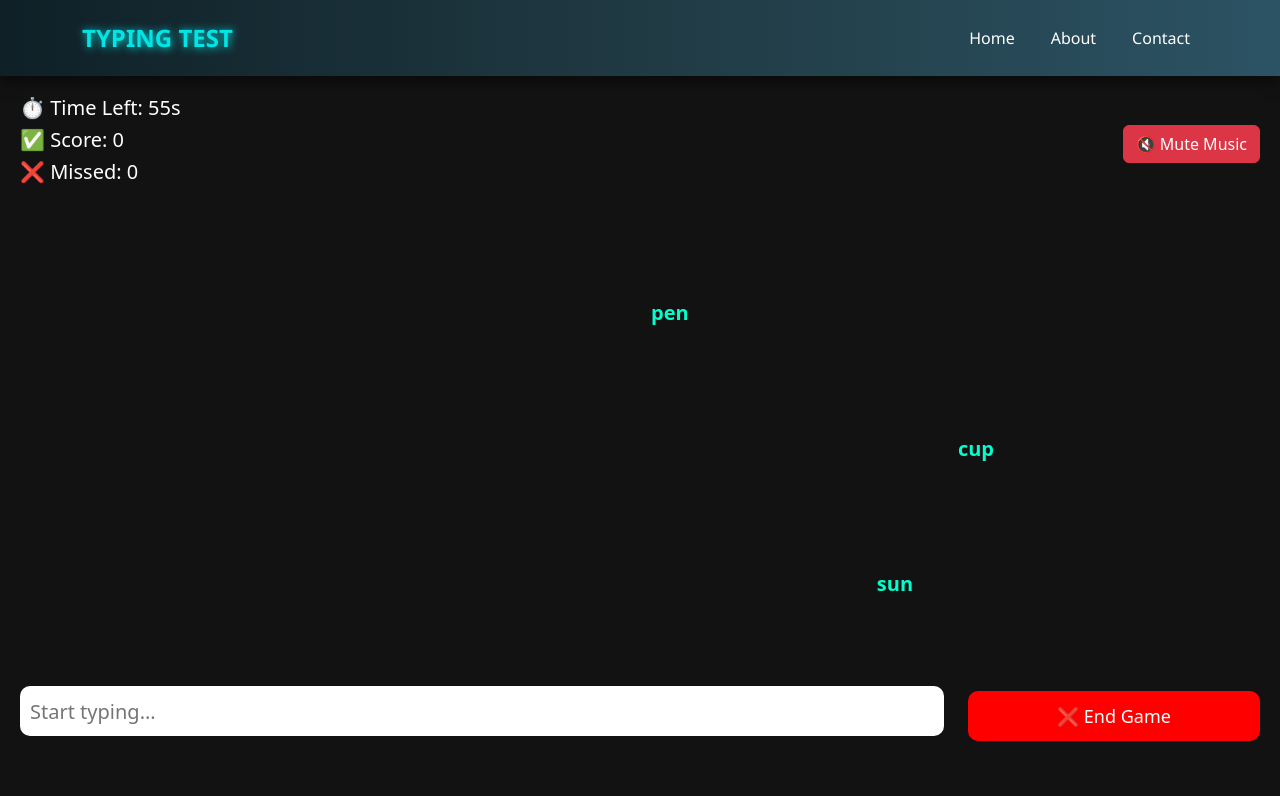
Repository: SHAHZADcodr/typing-test-react
Page: /game
The author's editor kept a copy of each file at every save. The page is drawn from the files as they stood at one save, then again after the next save.
The browser window is 1280 px wide. The pictures show the whole page.
The project was rebuilt for these pictures with package versions that can differ from the ones it lists, and the page was loaded fresh each time. Also part of the build but not shown: src/customCss/Home.css, src/pages/Home.jsx, src/customCss/About.css, src/pages/About.jsx, src/customCss/Contact.css, src/pages/Contact.jsx, src/customCss/GameOver.css, src/pages/GameOver.jsx. Imported but missing from the stored project, and not drawn on this page: src/assets/background.mp3, src/assets/pop.mp3.

Above is the page before, as saved 2025-04-09 01:00:57.

### src/index.js
import React from 'react';
import "bootstrap/dist/css/bootstrap.min.css";
import ReactDOM from 'react-dom/client';
import './index.css';
import App from './App';
import { BrowserRouter } from 'react-router-dom';
import reportWebVitals from './reportWebVitals';

const root = ReactDOM.createRoot(document.getElementById('root'));
root.render(
  <React.StrictMode>
    <BrowserRouter>
      <App />
    </BrowserRouter>
  </React.StrictMode>
);

// If you want to start measuring performance in your app, pass a function
// to log results (for example: reportWebVitals(console.log))
// or send to an analytics endpoint. Learn more: https://bit.ly/CRA-vitals
reportWebVitals();

### src/index.css
body {
  margin: 0;
  background: linear-gradient(135deg, #0f2027,
  #203a43, #2c5364);
}

### src/App.js
import {Routes,Route} from "react-router-dom";
import './App.css';
//pages
import Home  from "./pages/Home";
import About from "./pages/About";
import Contact from "./pages/Contact";
import Game from "./pages/Game";
import GameOver from "./pages/GameOver";

//components
import Navigation from "./components/Navbar";

function App() {
  return (
    <>
    <Navigation/>
    <Routes>
      <Route path="/" element={<Home/>}/>
      <Route path="*" element={<Home/>}/>
      <Route path="/about" element={<About/>}/>
      <Route path="/contact" element={<Contact/>}/>
      <Route path="/game" element={<Game/>}/>
      <Route path="/gameOver" element={<GameOver/>}/>

    </Routes>
    </>

  );
}

export default App;

### src/App.css
.custom-navbar {
  background: linear-gradient(to right, #0f2027, #203a43, #2c5364) !important;
  padding: 15px 20px;
  box-shadow: 0 4px 15px rgba(0, 0, 0, 0.6);
  font-family: 'Segoe UI', Tahoma, Geneva, Verdana, sans-serif;
}

.custom-navbar .navbar-brand {
  color: #00e6e6 !important;
  font-weight: bold;
  font-size: 1.5rem;
  text-shadow: 1px 1px 8px #00e6e6;
}

.custom-navbar .nav-link {
  color: #ffffff !important;
  margin-left: 20px;
  transition: color 0.3s ease, transform 0.2s ease;
  font-weight: 500;
}

.custom-navbar .nav-link:hover {
  color: #00e6e6 !important;
  transform: scale(1.05);
  text-shadow: 0 0 5px #00e6e6;
}

.custom-navbar .navbar-toggler {
  background-color: #00e6e6;
}

### src/pages/Game.jsx
// Same imports
import React, { useEffect, useRef, useState } from 'react';
import { useLocation, useNavigate } from 'react-router-dom';
import { Container, Row, Col, Button, Toast } from 'react-bootstrap';
import '../customCss/Game.css';
import popSound from '../assets/pop.mp3';
import bgMusicFile from '../assets/background.mp3';

const wordBank = {
  easy: ['cat', 'dog', 'sun', 'pen', 'cup'],
  medium: ['apple', 'banana', 'pencil', 'camera', 'jungle'],
  hard: ['algorithm', 'symphony', 'hypothesis', 'university', 'revolution']
};

const Game = () => {
  const { state } = useLocation();
  const navigate = useNavigate();
  const { difficulty = 'easy', duration = 60 } = state || {};

  const [words, setWords] = useState([]);
  const [typed, setTyped] = useState('');
  const [timeLeft, setTimeLeft] = useState(duration);
  const [score, setScore] = useState(0);
  const [missed, setMissed] = useState(0);
  const [showToast, setShowToast] = useState(true);
  const [bgMusicPlaying, setBgMusicPlaying] = useState(true);

  const wordId = useRef(0);
  const pop = new Audio(popSound);
  const bgMusic = useRef(new Audio(bgMusicFile));
  const inputRef = useRef();

  useEffect(() => {
    inputRef.current.focus();

    if (bgMusicPlaying) {
      bgMusic.current.loop = true;
      bgMusic.current.play();
    }

    const timer = setInterval(() => {
      setTimeLeft((prev) => {
        if (prev <= 1) {
          clearInterval(timer);
          endGame();
        }
        return prev - 1;
      });
    }, 1000);
    return () => clearInterval(timer);
  }, []);

  useEffect(() => {
    const interval = setInterval(() => {
      const word = wordBank[difficulty][Math.floor(Math.random() * wordBank[difficulty].length)];
      const newWord = {
        id: wordId.current++,
        text: word,
        top: 0,
        left: Math.random() * 80 + 10,
        color: 'default'
      };
      setWords((prev) => [...prev, newWord]);
    }, 1500);
    return () => clearInterval(interval);
  }, [difficulty]);

  useEffect(() => {
    const falling = setInterval(() => {
      setWords((prevWords) => {
        const updated = prevWords.map((word) => ({ ...word, top: word.top + 2 }));
        const filtered = updated.filter((word) => {
          if (word.top >= 90) {
            setMissed((m) => m + 1);
            return false;
          }
          return true;
        });
        return filtered;
      });
    }, 100);
    return () => clearInterval(falling);
  }, []);

  const handleTyping = (e) => {
    const input = e.target.value;
    setTyped(input);

    if (input.endsWith(' ')) {
      const trimmedInput = input.trim();
      const found = words.find((w) => w.text === trimmedInput);

      if (found) {
        pop.play();
        setScore((s) => s + 1);
        highlightAndRemove(found.id, 'green');
      } else {
        const randomWord = words[0];
        if (randomWord) {
          highlightAndRemove(randomWord.id, 'red');
        }
      }

      setTyped('');
    }
  };

  const highlightAndRemove = (id, color) => {
    setWords((prev) =>
      prev.map((w) => (w.id === id ? { ...w, color } : w))
    );
    setTimeout(() => {
      setWords((prev) => prev.filter((w) => w.id !== id));
    }, 300);
  };

  const endGame = () => {
    bgMusic.current.pause();
    bgMusic.current.currentTime = 0;

    setTimeout(() => {
      const total = score + missed;
      const accuracy = total === 0 ? 0 : Math.round((score / total) * 100);
      const wpm = Math.round(score / (duration / 60));

      const result = { score, missed, accuracy, wpm, total };

      console.log('Saving result to localStorage:', result);
      localStorage.setItem('gameResult', JSON.stringify(result));

      navigate('/gameover');
    }, 100);
  };

  const toggleBgMusic = () => {
    if (bgMusicPlaying) {
      bgMusic.current.pause();
    } else {
      bgMusic.current.play();
    }
    setBgMusicPlaying(!bgMusicPlaying);
  };

  return (
    <Container fluid className="game-container">
      <Toast show={showToast} onClose={() => setShowToast(false)} delay={3000} autohide>
        <Toast.Header>
          <strong className="me-auto">Game Tip</strong>
        </Toast.Header>
        <Toast.Body>You have to press space after typing every word!</Toast.Body>
      </Toast>

      <div className="top-bar d-flex justify-content-between">
        <div>
          <h5>⏱ Time Left: {timeLeft}s</h5>
          <h5>✅ Score: {score}</h5>
          <h5>❌ Missed: {missed}</h5>
        </div>
        <Button variant={bgMusicPlaying ? 'danger' : 'success'} onClick={toggleBgMusic}>
          {bgMusicPlaying ? '🔇 Mute Music' : '🔊 Play Music'}
        </Button>
      </div>

      <div className="falling-area">
        {words.map((word) => (
          <div
            key={word.id}
            className={`falling-word ${word.color}`}
            style={{ top: `${word.top}%`, left: `${word.left}%` }}
          >
            {word.text}
          </div>
        ))}
      </div>

      <Row className="mt-3 align-items-center bottom-controls">
        <Col xs={9}>
          <input
            type="text"
            className="typing-input"
            value={typed}
            onChange={handleTyping}
            ref={inputRef}
            placeholder="Start typing..."
          />
        </Col>
        <Col xs={3}>
          <Button onClick={endGame} className="end-game-button">
            ❌ End Game
          </Button>
        </Col>
      </Row>
    </Container>
  );
};

export default Game;

### src/components/Navbar.jsx
import React from 'react';
import { Navbar, Nav, Container } from 'react-bootstrap';
import { Link } from 'react-router-dom';
import '../App.css'; // Make sure this path is correct

const Navigation = () => {
  return (
    <Navbar expand="lg" className="custom-navbar" variant="dark">
      <Container>
        <Navbar.Brand as={Link} to="/">TYPING TEST</Navbar.Brand>
        <Navbar.Toggle aria-controls="basic-navbar-nav" />
        <Navbar.Collapse id="basic-navbar-nav">
          <Nav className="ms-auto">
            <Nav.Link as={Link} to="/">Home</Nav.Link>
            <Nav.Link as={Link} to="/about">About</Nav.Link>
            <Nav.Link as={Link} to="/contact">Contact</Nav.Link>
          </Nav>
        </Navbar.Collapse>
      </Container>
    </Navbar>
  );
};

export default Navigation;

### src/customCss/Game.css
.game-container {
  height: 100vh;
  background: #121212;
  color: white;
  padding: 20px;
  display: flex;
  flex-direction: column;
  justify-content: space-between;
  overflow: hidden;
}

/* Top bar aligned horizontally */
.top-bar {
  display: flex;
  justify-content: space-between;
  align-items: center;
  flex-wrap: wrap;
  gap: 10px;
  margin-bottom: 15px;
}

.top-item {
  flex: 1;
  text-align: center;
  font-size: 18px;
}

/* Style for audio button */
.music-toggle-button {
  background-color: #1f1f1f;
  color: #00ffcc;
  border: 2px solid #00ffcc;
  border-radius: 10px;
  padding: 8px 16px;
  font-size: 16px;
  transition: all 0.3s ease;
}

.music-toggle-button:hover {
  background-color: #00ffcc;
  color: #121212;
}

/* Toast styling for center display */
.toast-message {
  position: fixed;
  top: 50%;
  left: 50%;
  transform: translate(-50%, -50%);
  background-color: rgba(255, 255, 255, 0.95);
  color: #121212;
  padding: 20px 30px;
  border-radius: 10px;
  font-size: 18px;
  font-weight: bold;
  z-index: 9999;
  box-shadow: 0 0 10px rgba(0, 255, 204, 0.7);
}

/* Falling words area */
.falling-area {
  flex: 1;
  position: relative;
  width: 100%;
  overflow: hidden;
  margin-bottom: 10px;
}

.falling-word {
  position: absolute;
  font-size: 20px;
  font-weight: bold;
  color: #00ffcc;
  transition: top 0.1s linear;
}

.falling-word.green {
  color: #00ff00;
}

.falling-word.red {
  color: #ff4d4d;
}

.typing-input {
  width: 100%;
  padding: 10px;
  font-size: 20px;
  border-radius: 10px;
  border: none;
  outline: none;
  height: 50px;
  margin-bottom: 10px;
}

.end-game-button {
  width: 100%;
  height: 50px;
  font-size: 18px;
  background-color: red;
  color: white;
  border: none;
  border-radius: 10px;
  transition: background-color 0.3s ease;
}

.end-game-button:hover {
  background-color: darkred;
}

.bottom-controls {
  margin-bottom: 30px;
}

Loaded but not shown: public/index.html (common file); src/reportWebVitals.js (common file)

After the next save:
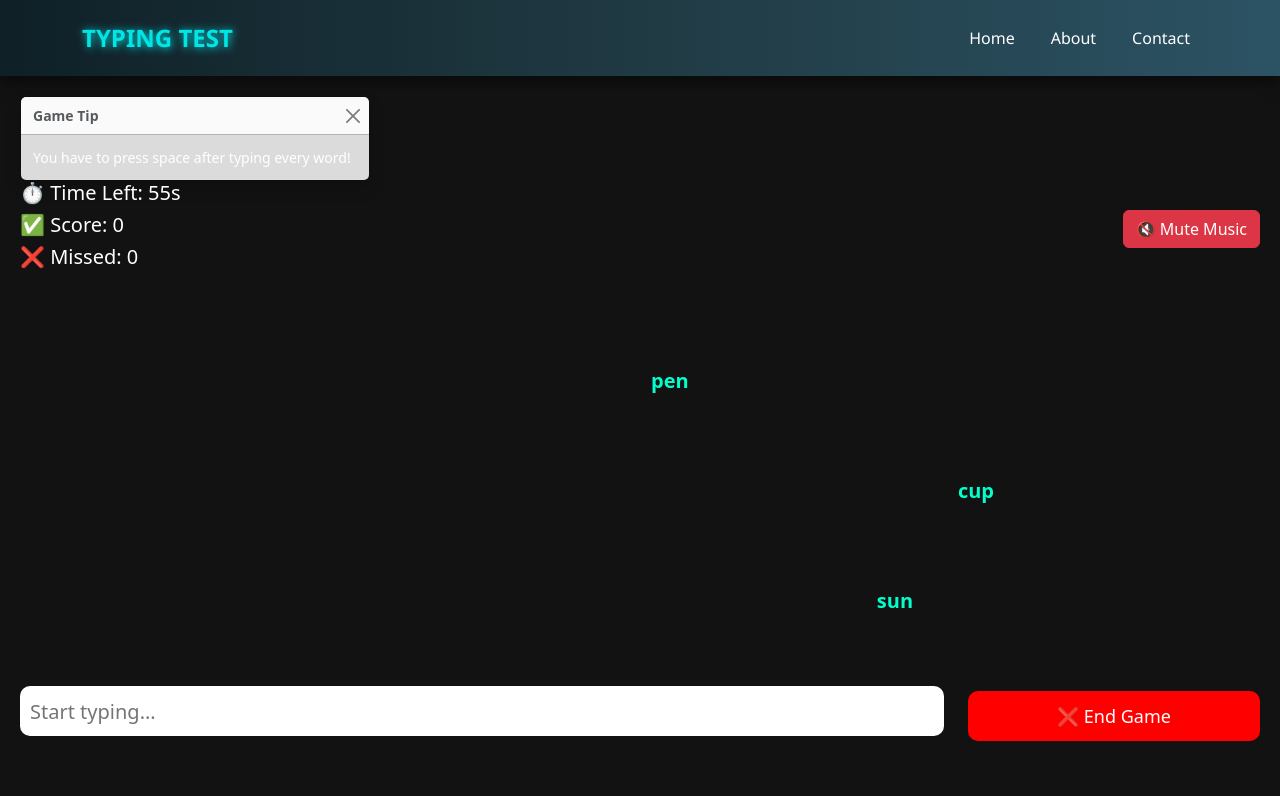
Saved 36 s later.
--- a/src/pages/Game.jsx
+++ b/src/pages/Game.jsx
@@ -143,7 +143,7 @@
 
   return (
     <Container fluid className="game-container">
-      <Toast show={showToast} onClose={() => setShowToast(false)} delay={3000} autohide>
+      <Toast  classNameshow={showToast} onClose={() => setShowToast(false)} delay={3000} autohide>
         <Toast.Header>
           <strong className="me-auto">Game Tip</strong>
         </Toast.Header>

After the 3 saves that followed:
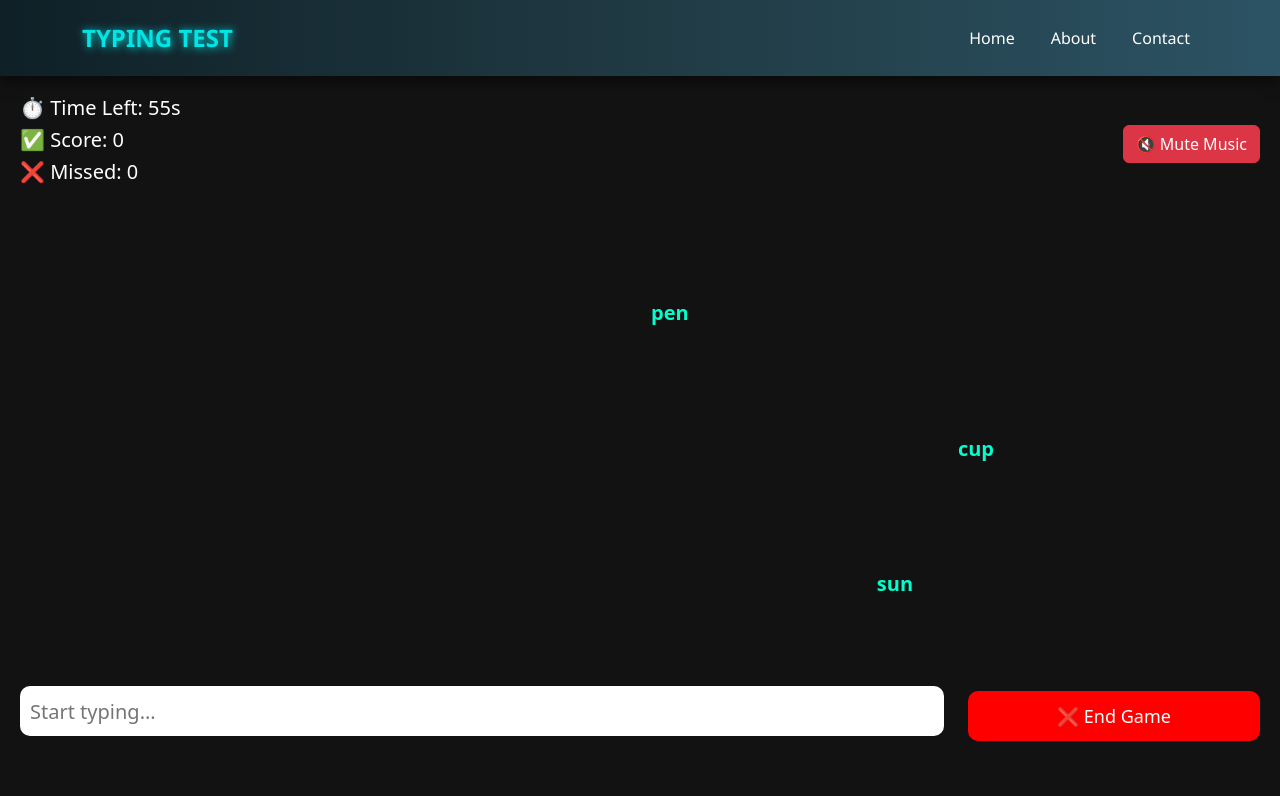
The 3 saves are shown as one change because they came seconds apart.
The last was saved 10 s later.
--- a/src/pages/Game.jsx
+++ b/src/pages/Game.jsx
@@ -143,7 +143,7 @@
 
   return (
     <Container fluid className="game-container">
-      <Toast  classNameshow={showToast} onClose={() => setShowToast(false)} delay={3000} autohide>
+      <Toast  className="toast-message"show={showToast} onClose={() => setShowToast(false)} delay={3000} autohide>
         <Toast.Header>
           <strong className="me-auto">Game Tip</strong>
         </Toast.Header>
